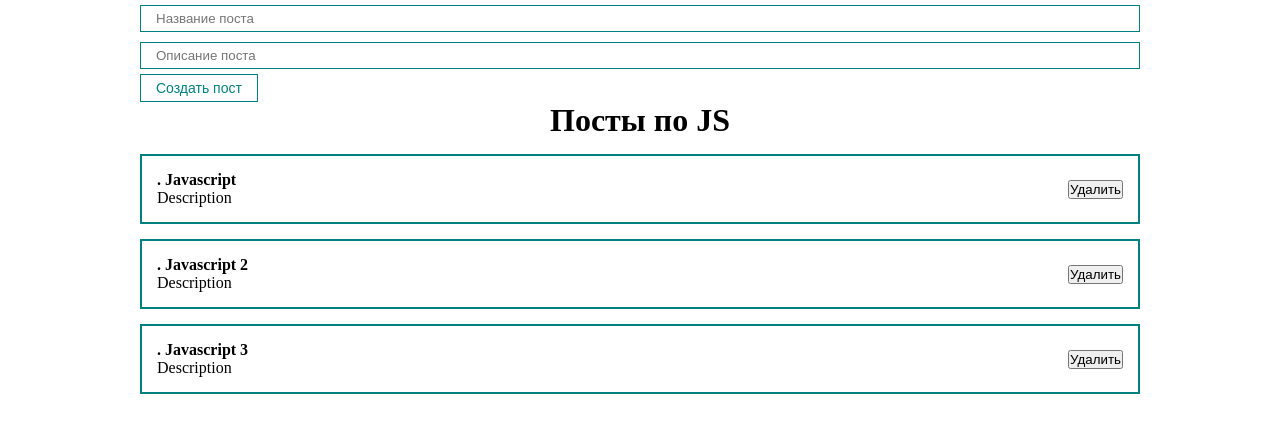
Repository: otvertka/ulb
Page: /
An editor plug-in stored every save of this project. The page is shown before and after the next save, followed by the edit.
The browser window is 1280 px wide. The pictures show the whole page.
The project was rebuilt for these pictures with package versions that can differ from the ones it lists, and the page was loaded fresh each time. Also part of the build but not shown: src/components/Counter.jsx, src/components/ClassCounter.jsx.

Above is the page before, as saved 2023-06-12 09:41:59.

### public/index.html
<!DOCTYPE html>
<html lang="en">
  <head>
    <meta charset="utf-8" />
    <meta name="viewport" content="width=device-width, initial-scale=1" />

    <title>React App</title>
  </head>
  <body>
    <noscript>You need to enable JavaScript to run this app.</noscript>
    <div id="root">
      <!-- ЗДЕСЬ БУДЕТ НАШЕ JS ПРИЛОЖЕНИЕ -->
    </div>
  </body>
</html>

### src/index.js
import React from "react";
import ReactDOM from "react-dom";
import App from "./App";

// const root = ReactDOM.createRoot(document.getElementById("root"));
// root.render(<App />);
ReactDOM.render(<App />, document.getElementById("root"));

### src/App.js
import React, { useState, useRef } from "react";

import Counter from "./components/Counter";
import ClassCounter from "./components/ClassCounter";
import "./styles/App.css";
import PostItem from "./components/PostItem";
import PostList from "./components/PostList";
import MyButton from "./components/UI/button/MyButton";
import MyInput from "./components/UI/input/MyInput";

function App() {
  const [posts, setPosts] = useState([
    { id: 1, title: "Javascript", body: "Description" },
    { id: 2, title: "Javascript 2", body: "Description" },
    { id: 3, title: "Javascript 3", body: "Description" },
  ]);

  const [post, setPost] = useState({ title: "", body: "" });

  const addNewPost = (e) => {
    e.preventDefault();

    // вызываем функцию, куда передаём новый массив Постов, куда разворачиваем старый массив с уже существующими постами и добавляем в конец новый пост
    setPosts([...posts, { ...post, id: Date.now() }]);
    setPosts({ title: "", body: "" });
  };
  // импортируем компонент
  return (
    <div className="App">
      <form>
        {/* Управляемый компонент */}
        <MyInput
          value={post.title}
          onChange={(e) => setPost({ ...post, title: e.target.value })}
          type="text"
          placeholder="Название поста"
        ></MyInput>
        {/* Неуправляемый\ Неконтролируемый компонент */}
        <MyInput
          value={post.body}
          onChange={(e) => setPost({ ...post, body: e.target.value })}
          type="text"
          placeholder="Описание поста"
        ></MyInput>
        <MyButton onClick={addNewPost}>Создать пост</MyButton>
      </form>
      <PostList posts={posts} title="Посты по JS" />
    </div>
  );
}

export default App;

### src/styles/App.css
* {
  margin: 0;
  padding: 0;
  box-sizing: border-box;
}

/* Рут- блок из index.html */
#root {
  display: flex;
  justify-content: center;
}

.App {
  width: 1000px;
}

.post {
  display: flex;
  padding: 15px;
  border: 2px solid teal;
  margin-top: 15px;
  justify-content: space-between;
  align-items: center;
}

### src/components/PostItem.jsx
import React from "react";

// Props - входные данные в контексте Реакта. Можно представлять, что это аргумент функции, в кот. мы можем что-то передавать снаружи
const PostItem = (props) => {
  // console.log(props);
  return (
    <div className="post">
      <div className="post__content">
        <strong>
          {props.number}. {props.post.title}
        </strong>
        <div>{props.post.body}</div>
      </div>
      <div className="post__btns">
        <button>Удалить</button>
      </div>
    </div>
  );
};

export default PostItem;

### src/components/PostList.jsx
import React from "react";
import PostItem from "./PostItem";

const PostList = ({ posts, title }) => {
  return (
    <div>
      <h1 style={{ textAlign: "center" }}>{title}</h1>
      {posts.map((post) => (
        <PostItem post={post} key={post.id} />
      ))}
    </div>
  );
};

export default PostList;

### src/components/UI/button/MyButton.jsx
import React from "react";
import classes from "./MyButton.module.css";

const MyButton = ({ children, ...props }) => {
  return (
    //
    <button {...props} className={classes.myBtn}>
      {children}
    </button>
  );
};

export default MyButton;

### src/components/UI/input/MyInput.jsx
import React from "react";
import classes from "./MyInput.module.css";

const MyInput = React.forwardRef((props, ref) => {
  return (
    //
    <input ref={ref} className={classes.myInput} {...props} />
  );
});

export default MyInput;

Loaded but not shown: src/components/UI/button/MyButton.module.css (common file); src/components/UI/input/MyInput.module.css (common file)

After the next save:
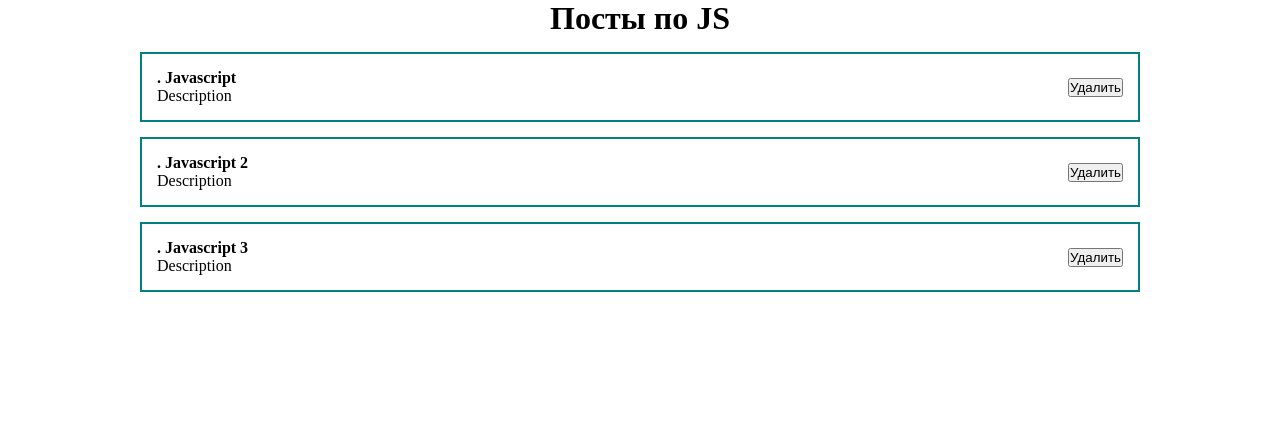
Saved 80 s later.
--- a/src/App.js
+++ b/src/App.js
@@ -27,23 +27,6 @@ function App() {
   // импортируем компонент
   return (
     <div className="App">
-      <form>
-        {/* Управляемый компонент */}
-        <MyInput
-          value={post.title}
-          onChange={(e) => setPost({ ...post, title: e.target.value })}
-          type="text"
-          placeholder="Название поста"
-        ></MyInput>
-        {/* Неуправляемый\ Неконтролируемый компонент */}
-        <MyInput
-          value={post.body}
-          onChange={(e) => setPost({ ...post, body: e.target.value })}
-          type="text"
-          placeholder="Описание поста"
-        ></MyInput>
-        <MyButton onClick={addNewPost}>Создать пост</MyButton>
-      </form>
       <PostList posts={posts} title="Посты по JS" />
     </div>
   );
